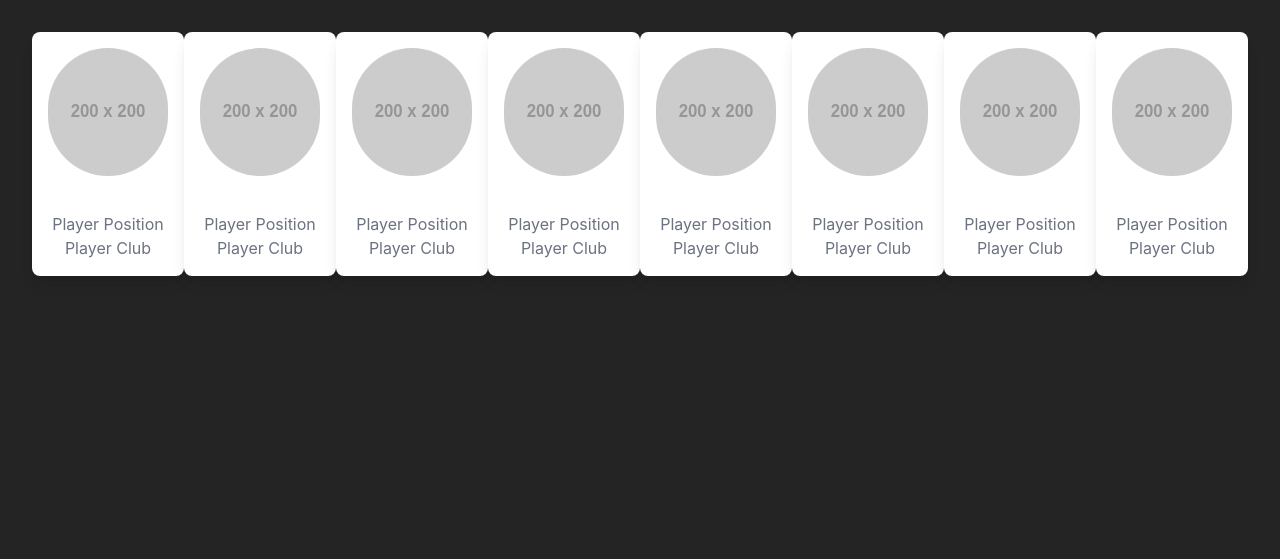
Repository: Hadra92i/movies-search-app
Page: /
An editor plug-in stored every save of this project. The page is shown before and after the next save, followed by the edit.
The browser window is 1280 px wide. The pictures show the whole page.
The project was rebuilt for these pictures with package versions that can differ from the ones it lists, and the page was loaded fresh each time. Also part of the build but not shown: vite.config.js.

Above is the page before, as saved 2023-11-01 11:58:16.

### index.html
<!doctype html>
<html lang="en">
  <head>
    <meta charset="UTF-8" />
    <link rel="icon" type="image/svg+xml" href="/vite.svg" />
    <meta name="viewport" content="width=device-width, initial-scale=1.0" />
    <title>Players SearchApp</title>
  </head>
  <body>
    <div id="root"></div>
    <script type="module" src="/src/main.jsx"></script>
  </body>
</html>

### src/main.jsx
import ReactDOM from 'react-dom/client'
import App from './App.jsx'
import './index.css'
import { Provider } from 'react-redux'
import { store } from './redux/store.js'

ReactDOM.createRoot(document.getElementById('root')).render(
  <Provider store={store}>
    <App />
  </Provider>,
)

### src/App.jsx

import './App.css'
import Players from './components/player/Players'

function App() {

  return (
    <>
      <Players/>
    </>
  )
}

export default App

### src/index.css
:root {
  font-family: Inter, system-ui, Avenir, Helvetica, Arial, sans-serif;
  line-height: 1.5;
  font-weight: 400;

  color-scheme: light dark;
  color: rgba(255, 255, 255, 0.87);
  background-color: #242424;

  font-synthesis: none;
  text-rendering: optimizeLegibility;
  -webkit-font-smoothing: antialiased;
  -moz-osx-font-smoothing: grayscale;
  -webkit-text-size-adjust: 100%;
}

@tailwind base;
@tailwind components;
@tailwind utilities;

### src/redux/store.js
import { configureStore } from "@reduxjs/toolkit";
import playerReducer from "./features/playerSlice";

export const store = configureStore({
    reducer: {
        player: playerReducer,
    },
    devTools: true,
});

### src/components/player/Players.jsx
// eslint-disable-next-line no-unused-vars
import React from "react";
import PlayerCard from "./PlayerCard";

const Players = () => {
    const players = [
        { name: "John", age: 25, cardPlayer: true, id: 1 },
        { name: "Jane", age: 30, cardPlayer: false, id: 2 },
        { name: "Bob", age: 20, cardPlayer: true, id: 3 },
        { name: "Mary", age: 27, cardPlayer: false, id: 4 },
        { name: "John", age: 25, cardPlayer: true, id: 1 },
        { name: "Jane", age: 30, cardPlayer: false, id: 2 },
        { name: "Bob", age: 20, cardPlayer: true, id: 3 },
        { name: "Mary", age: 27, cardPlayer: false, id: 4 }
    ];

    return (
        <div className="flex justify-between items-center wrap">
             {
                players.map(player => {
                    return <PlayerCard
                    key={player.id}
                    name={player.name}
                    age={player.age}
                    />
                })
             }
        </div>
    );
}

export default Players;

### src/redux/features/playerSlice.js
import { createAsyncThunk, createSlice } from "@reduxjs/toolkit";
import PlayerService from "../../services/playerService";

const initialState = [];

export const getAllPlayers = createAsyncThunk(
    "players/getAllPlayers",
    async () => {
        const response = await PlayerService.getAllPlayers();
        return response.data;
    }
);

export const playerSlice = createSlice({
    name: "player",
    initialState,
    reducers: {},
    extraReducers: {
        [getAllPlayers.fulfilled]: (state, action) => {
            return [...action.payload];
        },
    },
});

export default playerSlice.reducer;

### src/components/player/PlayerCard.jsx
// eslint-disable-next-line no-unused-vars
import React from "react";

const PlayerCard = () => {
    return (
        <div className="bg-white rounded-lg shadow-lg p-4">
            <img
                className="w-32 h-32 rounded-full mx-auto"
                src="https://via.placeholder.com/200"
                alt="Player Avatar"
            />
            <div className="text-center mt-2">
                <h3 className="text-lg font-medium">Player Name</h3>
                <p className="text-gray-500">Player Position</p>
                <p className="text-gray-500">Player Club</p>
            </div>
        </div>
    );
};

export default PlayerCard;

### src/services/playerService.js
// eslint-disable-next-line no-unused-vars
import axiosObj from "../http-common";

const getAllPlayers = () => {
    return axiosObj.get("/players");
};

const PlayerService = {
    getAllPlayers,
};

export default PlayerService;

### src/http-common.js
import axios from "axios";

const API_KEY = "9d2758a612msh2661c98a1972a2cp155232jsn62f754d1238a";
const BASE_URL = "https://api-football-v1.p.rapidapi.com/v3";

const axiosObj = axios.create({
    baseURL: BASE_URL,
    headers: {
        "x-rapidapi-key": API_KEY,
        "x-rapidapi-host": "api-football-v1.p.rapidapi.com",
    },
});

export default axiosObj;

Loaded but not shown: src/App.css (common file); tailwind.config.js (common file)

After the next save:
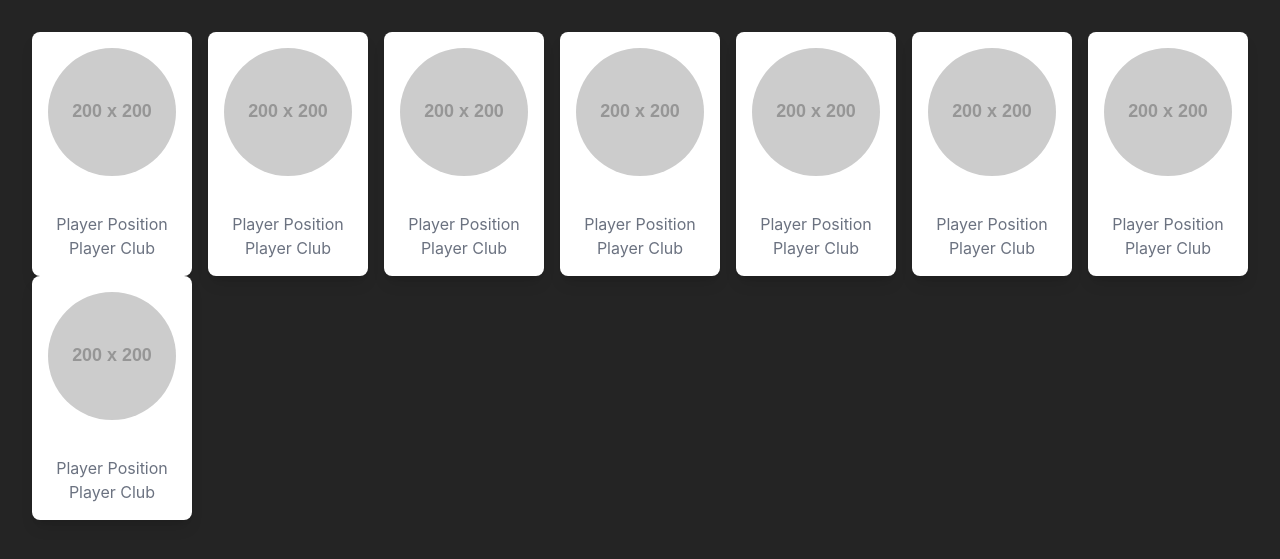
Saved 5 s later.
--- a/src/components/player/Players.jsx
+++ b/src/components/player/Players.jsx
@@ -15,7 +15,7 @@ const Players = () => {
     ];
 
     return (
-        <div className="flex justify-between items-center wrap">
+        <div className="flex justify-between items-center flex-wrap">
              {
                 players.map(player => {
                     return <PlayerCard
